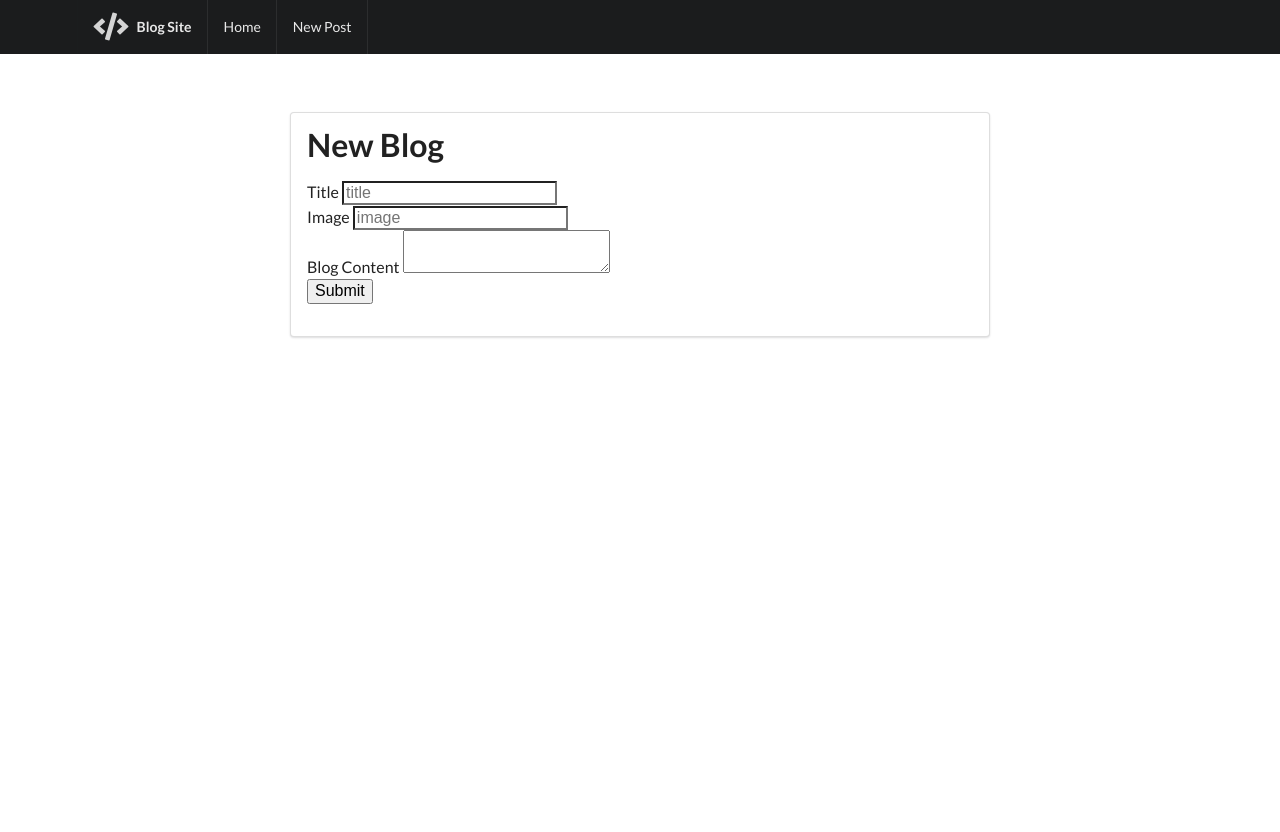
Repository: leandrobellini/Web-Developer-Bootcamp-Udemy
Page: http://localhost/blogs/new
The author's editor kept a record of every edit. The page is drawn from the files as they stood at one moment, then again after the next edit.
The browser window is 1280 px wide. The pictures show the whole page.
Some web libraries are served in a nearby version. The page is served by the project's Node server (RESTfulBlog/app.js).

Above is the page before.

After the next edit:
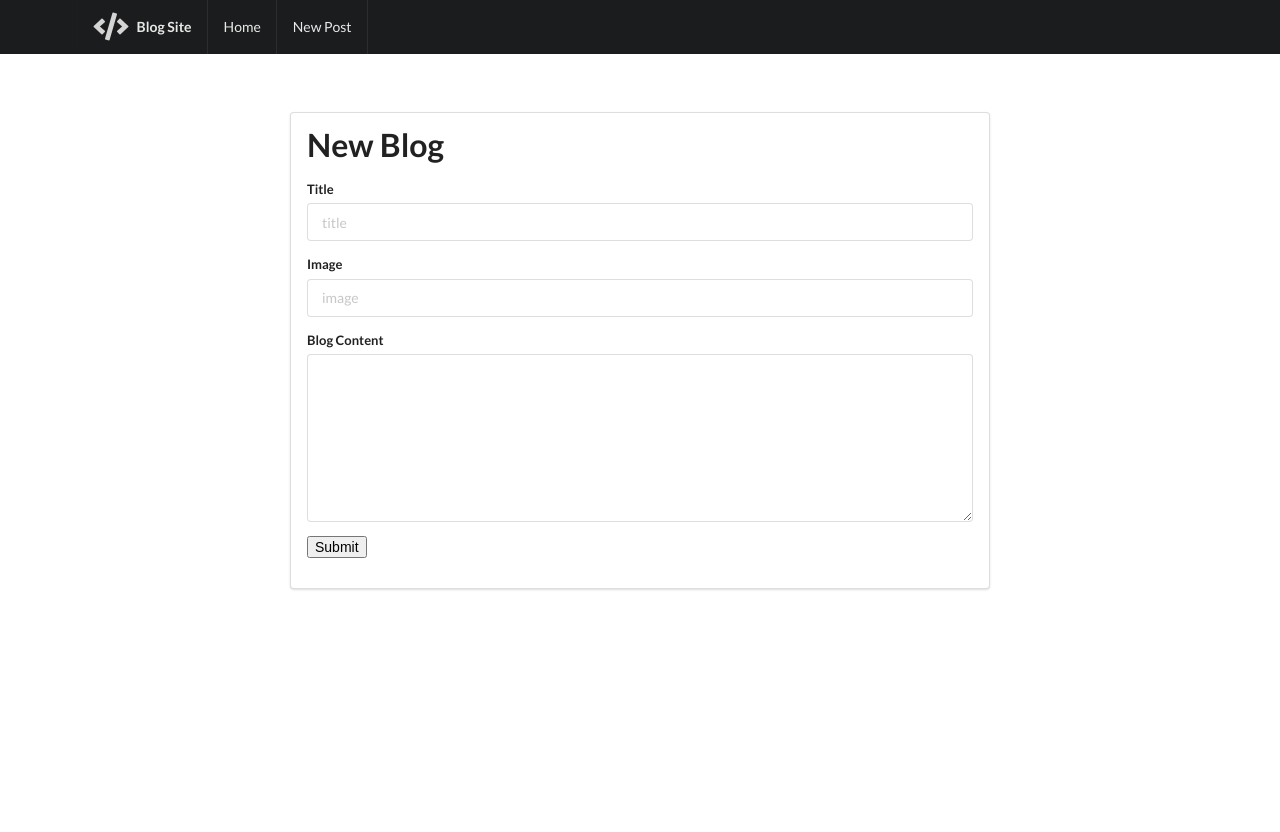
The edit:
--- a/29. RESTful Routing/workspace/RESTfulBlog/views/new.ejs
+++ b/29. RESTful Routing/workspace/RESTfulBlog/views/new.ejs
@@ -2,7 +2,7 @@
 
 <div class="ui main text container segment">
     <div class="ui huge header">New Blog</div>
-    <form action="/blogs" method="POST">
+    <form action="/blogs" method="POST" class="ui form">
         <div class="field">
             <label>Title</label>
             <input type="text" name="blog[title]" placeholder="title">
